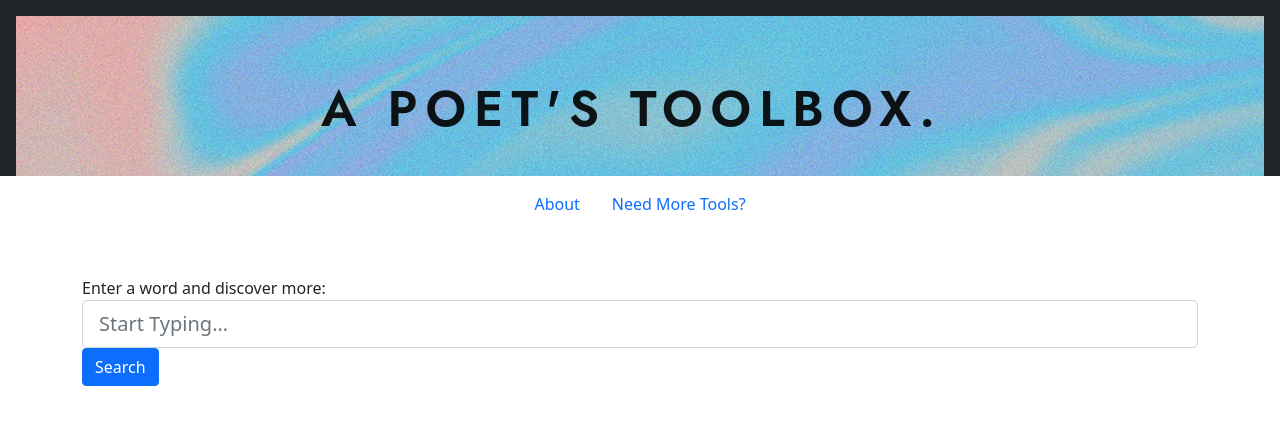
Repository: eezife-wustl/10-final-project-individual-eezife-wustl
Page: index.html
An editor plug-in stored every save of this project. The page is shown before and after a run of saves, followed by the edit.
The browser window is 1280 px wide. The pictures show the whole page.

Above is the page before, as saved 2021-12-03 20:05:53.

### index.html
<!DOCTYPE HTML>
<HTML lang="en">
    <head>
        <meta charset="utf-8">
        <meta name="viewport" content="width=device-width, initial-scale=1">
        <title> A Poet's Toolbox </title>
        <link href="https://cdn.jsdelivr.net/npm/bootstrap@5.1.3/dist/css/bootstrap.min.css" rel="stylesheet" integrity="sha384-1BmE4kWBq78iYhFldvKuhfTAU6auU8tT94WrHftjDbrCEXSU1oBoqyl2QvZ6jIW3" crossorigin="anonymous">
        <link href='style.css' rel='stylesheet'>
    </head>
    <body>
        <header>
                <nav class="navbar navbar-expand-md navbar-light fixed-top fixed-top-1 bg-light" id="poetsToolBox">
                    <div class="container justify-content-center">
                        <a class="navbar-brand" href="index.html">A POET'S TOOLBOX.</a>
                    </div>
                </nav>
                <nav class="navbar navbar-expand-md fixed-top fixed-top-2 bg-white">
                    <div class="container justify-content-center">
                        <a class="nav-link" href="#">About</a>
                        <a class="nav-link" href="#">Need More Tools?</a>
                    </div>
                </nav>
        </header>
        <div class="container">
            <div class="row">
                <div class="form-group col-md" id="myWordForm">
                    <label for="exampleInputEmail1">Enter a word and discover more: </label>
                    <input type="text" class="form-control form-control-lg" id="myWord" placeholder="Start Typing...">
                    <button type="submit" class="btn btn-primary">Search</button>
                  </div>
            </div>
        </div>
        <script>

        </script>
    </body>
</HTML>

### style.css
/* * {
    border: 1px solid red;
  } */

/* @font-face {
    font-family: 'Jost';
    src: url('Jost-600-Semi.ttf') format('truetype');
  } */

@font-face {
    font-family: 'Jost Semi';
    src: url('./Jost/TrueType/Jost-600-Semi.ttf') format('truetype');
}


.fixed-top-2 {
    margin-top: 176px;
    /* padding: 50px; */
    /* padding: 50px;  */
}

.fixed-top-1 {
    padding: 50px;
    border: 1rem solid;
}

body { padding-top: 100px; }

#myWordForm { padding-top: 176px;

}

#poetsToolBox {
    background-image: url(for_the_header_i_think_smaller.png);
    /* padding: 50px; */
}

.navbar-brand {
    font-family: 'Jost Semi';
    letter-spacing: .5rem;
    font-size: 50px;
}

#poetsLink {
    /* padding: 50px; */
}

After the next 2 saves:
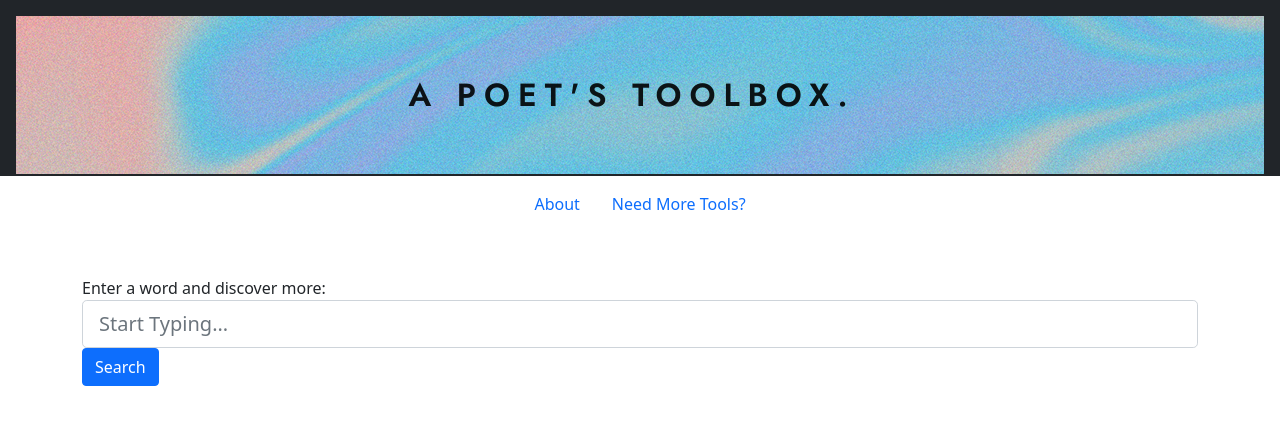
The 2 saves are shown as one change because they came seconds apart.
The last was saved 39 s later.
--- a/style.css
+++ b/style.css
@@ -38,7 +38,7 @@
 .navbar-brand {
     font-family: 'Jost Semi';
     letter-spacing: .5rem;
-    font-size: 50px;
+    font-size: 2rem;
 }
 
 #poetsLink {
